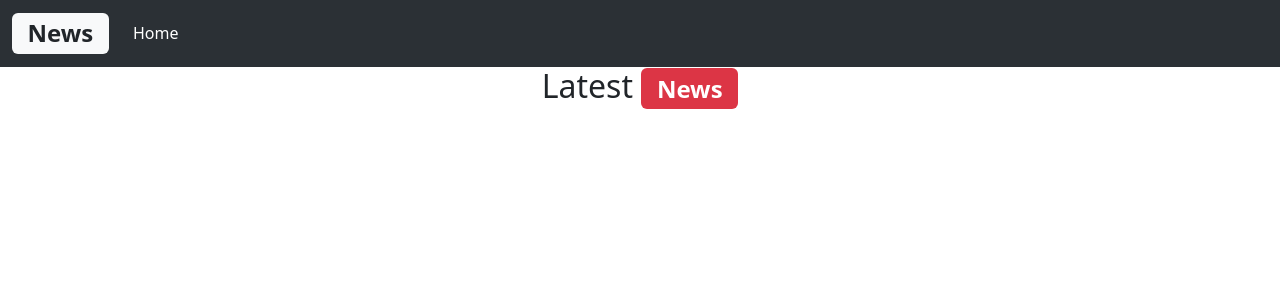
Repository: sshaiv/News_app
Page: /signup
The author's editor kept a copy of each file at every save. The page is drawn from the files as they stood at one save, then again after the next save.
The browser window is 1280 px wide. The pictures show the whole page.
The page's requests for data from a server got no answer. The project was rebuilt for these pictures with package versions that can differ from the ones it lists, and the page was loaded fresh each time. No one was signed in, and anything a server would have sent is missing. Also part of the build but not shown: vite.config.js, src/Components/NewsItem.jsx, src/index.css.

Above is the page before, as saved 2024-07-15 12:07:12.

After the next save:
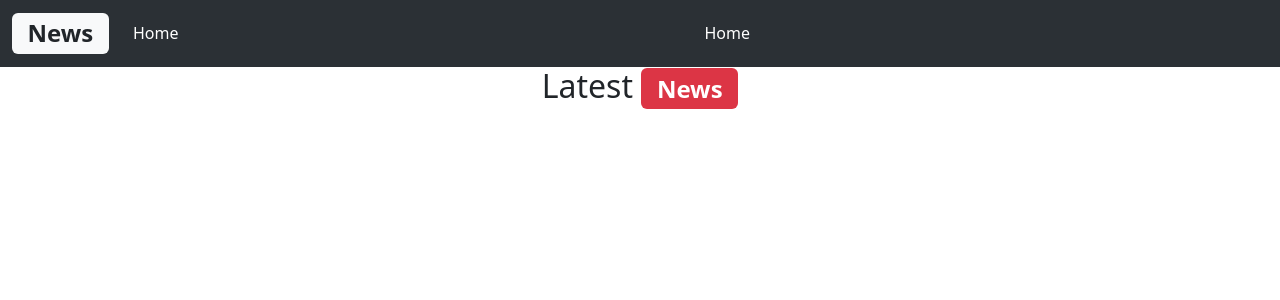
Saved 9 s later.
--- a/src/Components/Navbar.jsx
+++ b/src/Components/Navbar.jsx
@@ -17,6 +17,14 @@
 
       </ul>
     </div>
+    <div className="collapse navbar-collapse" id="navbarNav">
+      <ul className="navbar-nav">
+        <li className="nav-item">
+          <a className="nav-link active" aria-current="page" href="#">Home</a>
+        </li>
+
+      </ul>
+    </div>
   </div>
 </nav>
     </div>

After the save that followed:
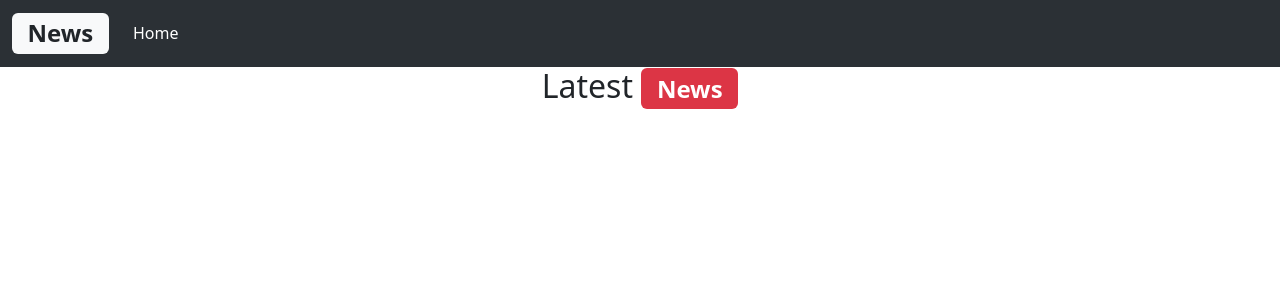
Saved 29 s later.
--- a/src/Components/Navbar.jsx
+++ b/src/Components/Navbar.jsx
@@ -17,14 +17,7 @@
 
       </ul>
     </div>
-    <div className="collapse navbar-collapse" id="navbarNav">
-      <ul className="navbar-nav">
-        <li className="nav-item">
-          <a className="nav-link active" aria-current="page" href="#">Home</a>
-        </li>
 
-      </ul>
-    </div>
   </div>
 </nav>
     </div>
